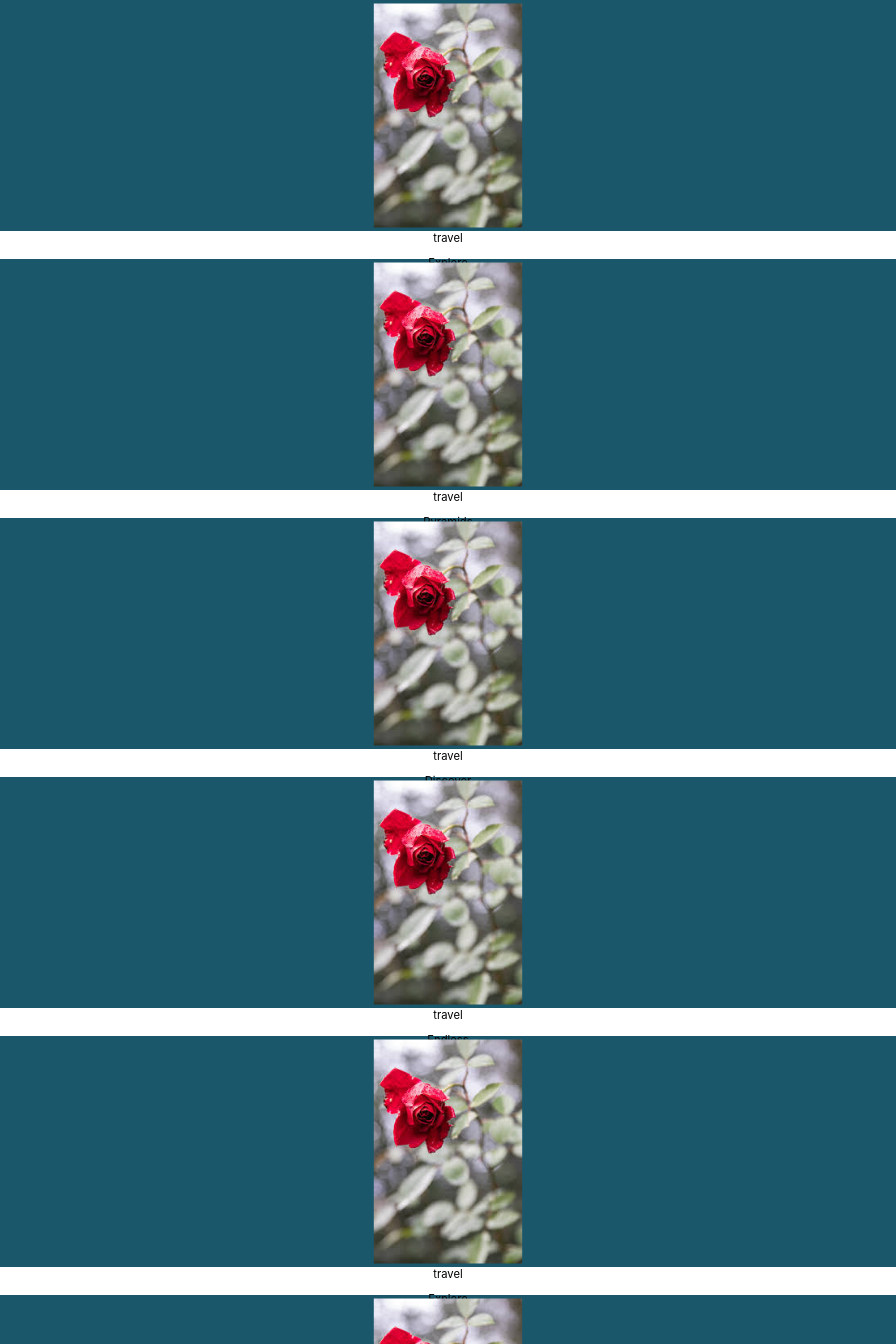
Repository: vakharia5/Preview
Page: /
These files come from the project's save history. The page is drawn as it stood at one moment and after the next save; the edit follows.
The browser window is 1280 px wide. The pictures show the part of the page from y = 0 to 1920 px (the page is 2975 px tall), at 70% of full size.
The project was rebuilt for these pictures with package versions that can differ from the ones it lists, and the page was loaded fresh each time.

Above is the page before, as saved 2020-06-22 15:03:31.

### src/App.js
import React from 'react';
import logo from './logo.svg';
import './App.css';
import CardList from './components/CardList';
import './assets/css/Style.css';

function App() {
  return (
    <div className="App">

    <CardList/>


    </div>
  );
}

export default App;

### src/components/CardList.js
import React, { Component } from 'react'
import {Card,Container,Row,Col} from 'react-bootstrap';
import img from '../assets/Images/download.jpg';
import Data from '../assets/data.json';

class CardList extends Component {
    render() {
        return (
   <div>
   <Container>
   <Row sm={1} md={2} lg={4}>
    {console.log(Data)}
    { Data.map(data =>
    <Card  border="light" className = "shadow-box-example hoverable">
      <Card.Img src={img} alt="Card image" className = "cardImage " />
      <Card.ImgOverlay>
        <Card.Title>{data.title}</Card.Title>
        <Card.Text>
        {data.name}
        </Card.Text>
      </Card.ImgOverlay>
    </Card>)

}

</Row>
</Container>
      </div>
        )
        }
}
export default CardList

### src/assets/css/Style.css

.card{
    height: 20rem;
    padding: 5px;
    margin-bottom: 40px;
    /* box-shadow: 0 4px 8px 0 rgba(0, 0, 0, 0.2), 0 6px 20px 0 rgba(0, 0, 0, 0.19); */
}

.cardImage {
    height: 20rem;

}

.shadow-box-example {
    background-color: #1A576B;
  }

### src/assets/data.json
[
    {
        "id": 1,
        "title" : "travel",
        "name": "Explore",
        "image": ""
    },
   {
        "id": 2,
        "title" : "travel",
        "name": "Pyramids",
        "image": ""
    },
    {
        "id": 3,
        "title" : "travel",
        "name": "Discover",
        "image": ""
    },
    {
        "id": 4,
        "title" : "travel",
        "name": "Endless",
        "image": ""
    },
     {
        "id": 5,
        "title" : "travel",
        "name": "Explore",
        "image": ""
    },
    {
        "id": 6,
        "title" : "travel",
        "name": "Pyramids",
        "image": ""

    },
    {
        "id": 7,
        "title" : "travel",
        "name": "Discover",
        "image": ""

    },
    {
        "id": 8,
        "title" : "travel",
        "name": "Endless",
        "image": ""
    }

]

Loaded but not shown: src/index.js (common file); src/index.css (common file); src/serviceWorker.js (common file); src/App.css (common file)

After the next save:
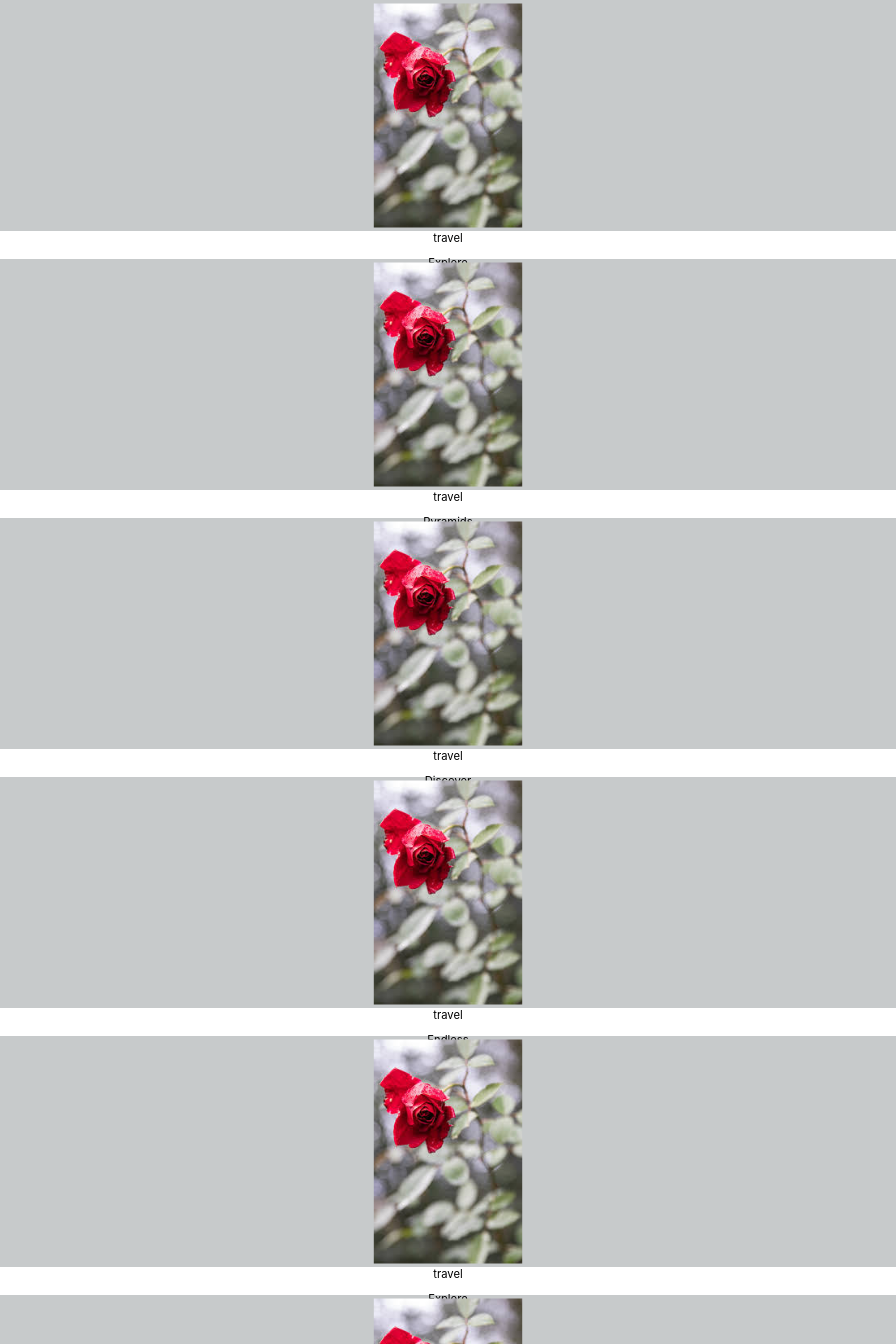
Saved 17 s later.
--- a/src/assets/css/Style.css
+++ b/src/assets/css/Style.css
@@ -12,5 +12,5 @@
 }
 
 .shadow-box-example {
-    background-color: #1A576B;
+    background-color: #C7CACB;
   }
